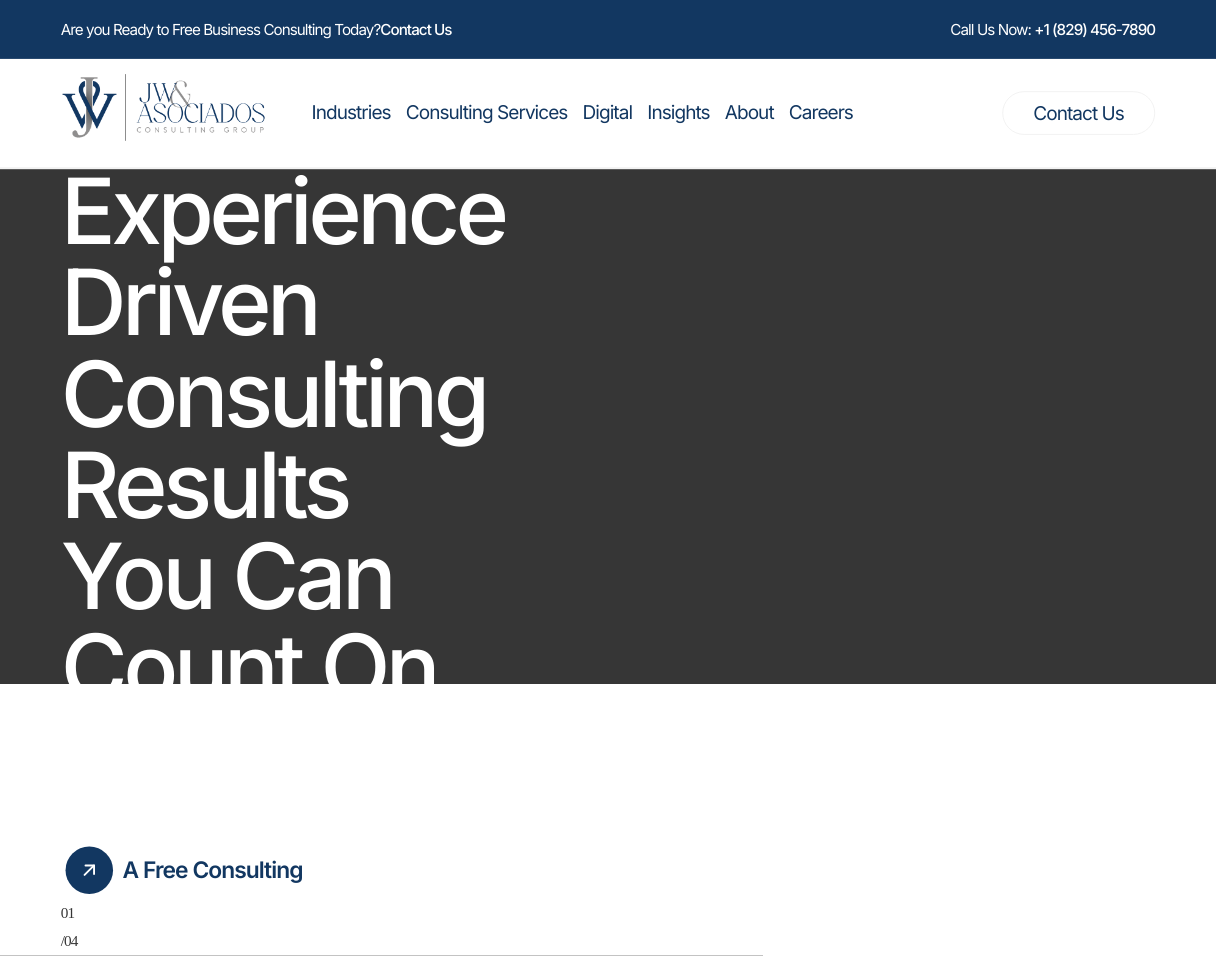
Repository: June-t/jwsyasociados
Page: /
The author's editor kept a copy of each file at every save. The page is drawn from the files as they stood at one save, then again after a run of saves.
The browser window is 1280 px wide. The pictures show the whole page, at 95% of full size.
The project was rebuilt for these pictures with package versions that can differ from the ones it lists, and the page was loaded fresh each time. The framework's server and built-in components were replaced by stand-ins that run in the browser. Also part of the build but not shown: next.config.ts.

Above is the page before, as saved 2025-10-22 16:07:32.

### src/app/layout.tsx
import type { Metadata } from "next";
import { Inter } from "next/font/google";
// Styles
// @ts-ignore
import "../app/style/main.css";

import Footer from "@/app/common/Footer";
import Header from "@/app/common/Header";

const inter = Inter({ subsets: ["latin"], variable: "--font-inter" });

export const metadata: Metadata = {
  title: "Create Next App",
  description: "Generated by create next app",
};

export default function RootLayout({
  children,
}: Readonly<{
  children: React.ReactNode;
}>) {
  return (
    <html lang='en'>
      <body className={`${inter.variable} antialiased`}>
        <Header />
        <main className='wrapper'>{children}</main>
        <Footer />
      </body>
    </html>
  );
}

### src/app/page.tsx
import { IconArrowUpRight } from "@tabler/icons-react";

export default function Main() {
  return (
    <>
      <section className='main__hero'>
        <div className='hero__slider'>
          <span>Smarter Strategies Stronger Businesses</span>
          <h1>
            Experience Driven <br /> Consulting Results <br /> You Can Count On
          </h1>
          <p>
            Whether you're Icmng to streamline operations, scale sustainably, or
            navigate complex challenges, our consulting services are built to
            deliver measurable results and long-term impact & hands support.
          </p>
          <a href='#' className='btn__primary--search'>
            <div className='btn__icon'>
              <IconArrowUpRight />
            </div>
            A Free Consulting
          </a>
        </div>
        <div className='hero__progress'>
          <div className='progress__status'>
            <span>01</span>
          </div>
          <div className='progress__line' />
          <div className='progress__total'>
            <span>/04</span>
          </div>
        </div>
      </section>
      <section className='main__about'></section>
      <section className='main__services'></section>
      <section className='main__clients'></section>
      <section className='main__work'></section>
      <section className='main__team'></section>
      <section className='main__contact'></section>
    </>
  );
}

### src/app/style/main.css
/* SETTINGS */
@import "./settings/_settings.import.css";

/* TOOLS  */
@import "./tools/_tools.import.css";

/* GENERIC  */
@import "./generic/_generic.import.css";

/* ELEMENTS  */
@import "./elements/_elements.import.css";

/* OBJECTS  */
@import "./objects/_objects.import.css";

/* COMPONENTS  */
@import "./components/_components.import.css";

/* PAGES  */
@import "./pages/_pages.import.css";

/* TRUMPS  */
@import "./trumps/_trumps.css";

### src/app/common/Footer.tsx
export default function Footer() {
  return <footer className='footer'></footer>;
}

### src/app/common/Header.tsx
import Logo from "@/app/assets/logo.png";
export default function Header() {
  return (
    <header className='header'>
      <div className='header__banner'>
        <span>
          Are you Ready to Free Business Consulting Today?
          <a href='#'>Contact Us</a>
        </span>
        <span>
          Call Us Now: <a>+1 (829) 456-7890</a>
        </span>
      </div>
      <div className='header__navegation'>
        <div className='header__logo'>
          <img src={Logo.src} alt='JWS Y Asociados Logo' />
        </div>
        <div className='header__nav'>
          <ul className='header__nav-list'>
            <li className='header__nav-item'>
              <a href='#'>Industries</a>
            </li>
            <li className='header__nav-item'>
              <a href='#'>Consulting Services</a>
            </li>
            <li className='header__nav-item'>
              <a href='#'>Digital</a>
            </li>
            <li className='header__nav-item'>
              <a href='#'>Insights</a>
            </li>
            <li className='header__nav-item'>
              <a href='#'>About</a>
            </li>
            <li className='header__nav-item'>
              <a href='#'>Careers</a>
            </li>
          </ul>
        </div>
        <div className='header__menu'>
          <button className='btn__primary'>Contact Us</button>
          <div className='btn__menu'></div>
        </div>
      </div>
    </header>
  );
}

### src/app/style/settings/_settings.import.css
@import "./_variables.css";

### src/app/style/tools/_tools.import.css
@import "./_mixins.css";

### src/app/style/generic/_generic.import.css
@import "./_base.css";
@import "./_reset.css";

### src/app/style/elements/_elements.import.css
@import "./_articles.css";

### src/app/style/objects/_objects.import.css
@import "./_object.css";

### src/app/style/components/_components.import.css
@import "./_header.css";
@import "./_footer.css";

### src/app/style/pages/_pages.import.css
@import "./_home.css";

### src/app/style/objects/_object.css
.btn__primary--search {
  background: var(--white);
  font-family: var(--font-inter);
  font-weight: var(--w-semibold);
  font-size: var(--f-medium);
  color: var(--primary);
  border-radius: 5rem;
  width: max-content;
  padding: 5px 20px 5px 5px;
  display: flex;
  align-items: center;
  grid-gap: 10px;

  & .btn__icon {
    background: var(--primary);
    border-radius: 3rem;
    width: 50px;
    height: 50px;
    display: grid;
    place-content: center;

    & svg {
      color: var(--white);
    }
  }
}

### src/app/style/elements/_articles.css
.lastest__content,
.news__square,
.outstanding__aside,
.news__section {
  a {
    &:hover {
      img,
      .flex {
        opacity: 0.5;
        transition: opacity ease-in-out 0.1s;
      }
      h3 {
        color: #868686 !important;
        transition: color ease-in-out 0.1s;
      }
    }
  }
}

.content__item {
  display: flex;
  flex-direction: column;
  grid-gap: 1rem;

  .item__image {
    display: flex;

    a {
      width: 100%;
    }

    img {
      height: 30dvh;
      width: 100%;
      object-fit: cover;
      border-radius: 10px;
      transition: opacity ease-in-out 0.1s;
    }
  }

  .item__information {
    display: flex;
    flex-direction: column;
    grid-gap: 10px;

    h3 {
      font-family: var(--junicode);
      font-weight: var(--w-bold);
      letter-spacing: -0.05em;
      color: var(--black);
      font-size: var(--f-large);
      line-height: 90%;
      transition: color ease-in-out 0.1s;
    }

    p {
      font-weight: var(--w-regular);
      color: #8e8e8e;
      font-size: var(--f-smallest);

      /* Clip */

      overflow: hidden;
      text-overflow: ellipsis;
      white-space: normal;
      word-break: break-word;
      line-height: 1.3;
      max-height: calc(1.3em * 2);
    }
  }
}

### src/app/style/components/_header.css
.header {
  border-bottom: 2px solid #f2f2f2;
  background: var(--white);
  position: absolute;
  width: 100%;

  .header__banner {
    background: var(--primary);
    padding-inline: var(--wrapper-space);
    padding-block: 1rem;
    display: flex;
    justify-content: space-between;

    span {
      font-family: var(--font-inter);
      font-weight: var(--w-regular);
      font-size: var(--f-smallest);
      color: var(--white);
      grid-gap: 10px;

      a {
        font-family: var(--font-inter);
        font-weight: var(--w-medium);
        font-size: var(--f-smallest);
        color: var(--white);
      }
    }
  }

  .header__navegation {
    display: grid;
    grid-template-columns: max-content 1fr max-content;
    padding-inline: var(--wrapper-space);
    padding-block: 1rem;
    grid-gap: 3rem;

    .header__logo {
      img {
        width: 30dvh;
      }
    }

    .header__nav {
      .header__nav-list {
        list-style: none;
        display: flex;
        grid-gap: 1rem;
        padding: 0px;
        margin: 0px;
        height: 100%;
        align-items: center;
        justify-content: flex-start;

        .header__nav-item {
          a {
            font-weight: var(--w-regular);
            font-size: var(--f-small);
            color: var(--primary);
            font-family: var(--font-inter);
          }
        }
      }
    }

    .header__menu {
      display: flex;
      justify-content: center;
      align-items: center;

      .btn__primary {
        color: var(--primary);
        background: #0000;
        border: 1px solid #f2f2f2;
        border-radius: 2rem;
        padding: 0.8rem 2rem;
        font-family: "Inter";
        font-weight: var(--w-regular);
        font-size: var(--f-small);
        line-height: 19px;
        letter-spacing: -0.05em;
      }
    }
  }
}

### src/app/style/settings/_variables.css
:root {
  /* colors primary */
  --primary: #123761;
  /* colors */
  --white: #fff;
  --black: #363636;
  --gray: #8e8e8e;
  /* space */
  --wrapper-space: clamp(20px, 5vw, 100px); /* Min: 20px, Max: 200px */
  --wrapper-space-articles: 40dvh; /* Min: 20px, Max: 40dvh */
  --wrapper-space-article: 40dvh;
  --max-width: 135rem;
  /* weight */
  --w-light: 300;
  --w-regular: 400;
  --w-medium: 500;
  --w-semibold: 600;
  --w-bold: 700;
  /* z-index */
  --top: 999;
  /* font-size */
  --junicode: "Junicode VF";
  --helvetica: "Helvetica";
  /* Tipografía responsiva (sin breakpoints manuales) */
  --f-smallest: clamp(12px, 1vw + 14px, 16px); /* Min: 12px, Max: 18px */
  --f-small: clamp(14px, 1vw + 16px, 20px); /* Min: 14px, Max: 20px */
  --f-medium: clamp(16px, 1vw + 18px, 24px); /* Min: 16px, Max: 24px */
  --f-large: clamp(20px, 1.5vw + 20px, 32px); /* Min: 20px, Max: 32px */
  --f-xlarge: clamp(24px, 2vw + 24px, 40px); /* Min: 24px, Max: 40px */
  --f-xxlarge: clamp(48px, 3vw + 48px, 62px); /* Min: 48px, Max: 96px */
}

:root {
  --wrapper-space-articles: 40dvh;
  --wrapper-space-article: 40dvh;

  @media (width <= 576px) {
    --wrapper-space-articles: 2dvh;
    --wrapper-space-article: 2dvh;
  }
  @media (577px <= width <= 768px) {
    --wrapper-space-articles: 3dvh;
    --wrapper-space-article: 3dvh;
  }
  @media (769px <= width <= 992px) {
    --wrapper-space-articles: 10dvh;
    --wrapper-space-article: 10dvh;
  }

  @media (993px <= width <= 1200px) {
    --wrapper-space-articles: 10dvh;
    --wrapper-space-article: 10dvh;
  }

  @media (1201 <= width <= 1600px) {
    --wrapper-space-articles: 25dvh;
    --wrapper-space-article: 25dvh;
  }

  @media (width > 1601px) {
    --wrapper-space-articles: 40dvh;
    --wrapper-space-article: 60dvh;
  }
}

### src/app/style/pages/_home.css
.main__hero {
  height: 100dvh;
  padding-inline: var(--wrapper-space);
  background: var(--black);
  padding-top: 20dvh;
  padding-bottom: 10dvh;
  display: grid;
  grid-template-rows: 1fr max-content;

  .hero__slider {
    flex-direction: column;
    justify-content: flex-end;
    width: 50%;
    display: flex;

    h1 {
      font-family: var(--font-inter);
      font-style: normal;
      font-weight: 500;
      font-size: 96px;
      line-height: 100%;
      letter-spacing: -0.05em;
      color: var(--white);
    }

    span {
      font-family: var(--font-inter);
      font-weight: var(--w-medium);
      font-size: var(--f-large);
      color: var(--white);
    }

    p {
      font-family: var(--font-inter);
      font-size: var(--f-medium);
      color: var(--white);
      font-weight: var(--w-light);
      margin-top: 1rem;
    }
  }
}

### src/app/style/tools/_mixins.css
/* Extra pequeños dispositivos (móviles, hasta 576px) */
@media (width <= 576px) {
}

/* Dispositivos pequeños (móviles grandes, entre 577px y 768px) */
@media (577px <= width <= 768px) {
}

/* Dispositivos medianos (tablets, entre 769px y 992px) */
@media (769px <= width <= 992px) {
}

/* Dispositivos grandes (desktops, entre 993px y 1200px) */
@media (993px <= width <= 1200px) {
}

/* Dispositivos extra grandes (desktops grandes, más de 1200px) */
@media (width > 1200px) {
}

### src/app/style/generic/_base.css
* {
  box-sizing: border-box;
  line-height: 30px;
  letter-spacing: -1px;
}

html,
body {
  height: auto;
  color: var(--black);
}
.wrapper {
  height: auto;
}

### src/app/style/components/_footer.css
.footer {
  height: 100%;
  background: var(--black);
  display: grid;
  grid-template-rows: 1fr max-content;
  margin-top: 5rem;

  .footer__navegation {
    padding: var(--wrapper-space);
    display: grid;
    grid-template-columns: 0.5fr 1fr;

    @media (width <= 768px) {
      grid-template-columns: 1fr;
      display: grid;
      grid-gap: 2rem;
    }

    h1 {
      font-family: var(--junicode);
      font-weight: var(--w-light);
      font-size: var(--f-xxlarge);
      line-height: 80%;
      letter-spacing: -0.05em;
      color: var(--white);
    }

    .navegation__nav {
      display: flex;
      grid-gap: 10rem;
      justify-content: center;

      @media (width <= 768px) {
        grid-gap: 2rem;
        flex-wrap: wrap;
        justify-content: start;
      }

      .navegation__nav--item {
        display: flex;
        flex-direction: column;
        grid-gap: 1rem;

        span {
          font-weight: var(--w-regular);
          font-size: var(--f-smallest);

          line-height: 80%;
          letter-spacing: -0.05em;
          text-transform: uppercase;
          color: rgba(228, 225, 213, 0.4);
        }

        .links {
          display: flex;
          flex-direction: column;
          grid-gap: 10px;

          a {
            font-weight: var(--w-regular);
            font-size: var(--f-small);
            line-height: 80%;
            letter-spacing: -0.05em;
            color: var(--white);
          }
        }
      }
    }
  }

  .footer__copyright {
    display: flex;
    justify-content: space-between;
    border-top: 1px solid color-mix(in srgb, var(--white) 10%, transparent);
    padding-block: 2rem;
    padding-inline: var(--wrapper-space);

    @media (width <= 768px) {
      grid-gap: 1rem;
      flex-wrap: wrap;
    }

    span {
      font-weight: var(--w-regular);
      letter-spacing: -0.05em;
      color: var(--white);
      font-size: var(--f-smallest);
    }

    .copyright__links {
      display: flex;
      grid-gap: 1rem;

      a {
        font-weight: var(--w-regular);
        letter-spacing: -0.05em;
        color: var(--white);
        font-size: var(--f-smallest);
      }
    }
  }
}

### src/app/style/generic/_reset.css
/*! normalize.css v8.0.1 | MIT License | github.com/necolas/normalize.css */

/* Document
   ========================================================================== */

/**
 * 1. Correct the line height in all browsers.
 * 2. Prevent adjustments of font size after orientation changes in iOS.
 */

* {
  margin: 0;
  padding: 0;
  box-sizing: border-box;
}

html {
  line-height: 1.15;
  letter-spacing: -0.05em;
  /* 1 */
  -webkit-text-size-adjust: 100%;
  /* 2 */
}

a:link,
a:visited,
a:active {
  text-decoration: none;
}

iframe {
  border: 0px !important;
}

/* Sections
     ========================================================================== */

/**
   * Remove the margin in all browsers.
   */

body {
  margin: 0;
}

/**
   * Render the `main` element consistently in IE.
   */

main {
  display: block;
}

/**
   * Correct the font size and margin on `h1` elements within `section` and
   * `article` contexts in Chrome, Firefox, and Safari.
   */

blockquote {
  color: var(--white);
}

/* layout.css | http://localhost:3000/_next/static/css/app/layout.css?v=1725121113981 */

/* Grouping content
     ========================================================================== */

/**
   * 1. Add the correct box sizing in Firefox.
   * 2. Show the overflow in Edge and IE.
   */

hr {
  box-sizing: content-box;
  /* 1 */
  height: 0;
  /* 1 */
  overflow: visible;
  /* 2 */
}

/**
   * 1. Correct the inheritance and scaling of font size in all browsers.
   * 2. Correct the odd `em` font sizing in all browsers.
   */

pre {
  font-family: monospace, monospace;
  /* 1 */
  font-size: var(--body);
  /* 2 */
}

/* Text-level semantics
     ========================================================================== */

/**
   * Remove the gray background on active links in IE 10.
   */

a {
  background-color: transparent;
}

/**
   * 1. Remove the bottom border in Chrome 57-
   * 2. Add the correct text decoration in Chrome, Edge, IE, Opera, and Safari.
   */

abbr[title] {
  border-bottom: none;
  /* 1 */
  text-decoration: underline;
  /* 2 */
  text-decoration: underline dotted;
  /* 2 */
}

/**
   * Add the correct font weight in Chrome, Edge, and Safari.
   */

/**
   * 1. Correct the inheritance and scaling of font size in all browsers.
   * 2. Correct the odd `em` font sizing in all browsers.
   */

code,
kbd,
samp {
  font-family: monospace, monospace;
  /* 1 */
  font-size: var(--body);
  /* 2 */
}

/**
   * Add the correct font size in all browsers.
   */

small {
  font-size: 80%;
}

/**
   * Prevent `sub` and `sup` elements from affecting the line height in
   * all browsers.
   */

sub,
sup {
  font-size: 75%;
  line-height: 0;
  position: relative;
  vertical-align: baseline;
}

sub {
  bottom: -0.25em;
}

sup {
  top: -0.5em;
}

/* Embedded content
     ========================================================================== */

/**
   * Remove the border on images inside links in IE 10.
   */

img {
  border-style: none;
}

/* Forms
     ========================================================================== */

/**
   * 1. Change the font styles in all browsers.
   * 2. Remove the margin in Firefox and Safari.
   */

button,
input,
optgroup,
select,
textarea {
  font-family: inherit;
  /* 1 */
  font-size: 100%;
  /* 1 */
  line-height: 1.15;
  /* 1 */
  margin: 0;
  /* 2 */
}

/**
   * Show the overflow in IE.
   * 1. Show the overflow in Edge.
   */

button,
input {
  /* 1 */
  overflow: visible;
}

/**
   * Remove the inheritance of text transform in Edge, Firefox, and IE.
   * 1. Remove the inheritance of text transform in Firefox.
   */

button,
select {
  /* 1 */
  text-transform: none;
}

/**
   * Correct the inability to style clickable types in iOS and Safari.
   */

button,
[type="button"],
[type="reset"],
[type="submit"] {
  -webkit-appearance: button;
}

/**
   * Remove the inner border and padding in Firefox.
   */

button::-moz-focus-inner,
[type="button"]::-moz-focus-inner,
[type="reset"]::-moz-focus-inner,
[type="submit"]::-moz-focus-inner {
  border-style: none;
  padding: 0;
}

/**
   * Restore the focus styles unset by the previous rule.
   */

button:-moz-focusring,
[type="button"]:-moz-focusring,
[type="reset"]:-moz-focusring,
[type="submit"]:-moz-focusring {
  outline: 1px dotted ButtonText;
}

/**
   * Correct the padding in Firefox.
   */

fieldset {
  padding: 0.35em 0.75em 0.625em;
}

/**
   * 1. Correct the text wrapping in Edge and IE.
   * 2. Correct the color inheritance from `fieldset` elements in IE.
   * 3. Remove the padding so developers are not caught out when they zero out
   *    `fieldset` elements in all browsers.
   */

legend {
  box-sizing: border-box;
  /* 1 */
  color: inherit;
  /* 2 */
  display: table;
  /* 1 */
  max-width: 100%;
  /* 1 */
  padding: 0;
  /* 3 */
  white-space: normal;
  /* 1 */
}

/**
   * Add the correct vertical alignment in Chrome, Firefox, and Opera.
   */

progress {
  vertical-align: baseline;
}

/**
   * Remove the default vertical scrollbar in IE 10+.
   */

textarea {
  overflow: auto;
}

/**
   * 1. Add the correct box sizing in IE 10.
   * 2. Remove the padding in IE 10.
   */

[type="checkbox"],
[type="radio"] {
  box-sizing: border-box;
  /* 1 */
  padding: 0;
  /* 2 */
}

/**
   * Correct the cursor style of increment and decrement buttons in Chrome.
   */

[type="number"]::-webkit-inner-spin-button,
[type="number"]::-webkit-outer-spin-button {
  height: auto;
}

/**
   * 1. Correct the odd appearance in Chrome and Safari.
   * 2. Correct the outline style in Safari.
   */

[type="search"] {
  -webkit-appearance: textfield;
  /* 1 */
  outline-offset: -2px;
  /* 2 */
}

/**
   * Remove the inner padding in Chrome and Safari on macOS.
   */

[type="search"]::-webkit-search-decoration {
  -webkit-appearance: none;
}

/**
   * 1. Correct the inability to style clickable types in iOS and Safari.
   * 2. Change font properties to `inherit` in Safari.
   */

::-webkit-file-upload-button {
  -webkit-appearance: button;
  /* 1 */
  font: inherit;
  /* 2 */
}

/* Interactive
     ========================================================================== */

/*
   * Add the correct display in Edge, IE 10+, and Firefox.
   */

details {
  display: block;
}

/*
   * Add the correct display in all browsers.
   */

summary {
  display: list-item;
}

/* Misc
     ========================================================================== */

/**
   * Add the correct display in IE 10+.
   */

template {
  display: none;
}

/**
   * Add the correct display in IE 10.
   */

[hidden] {
  display: none;
}

Loaded but not shown: src/app/style/trumps/_trumps.css (no copy from this time; the picture is the same without it)

After the next 2 saves:
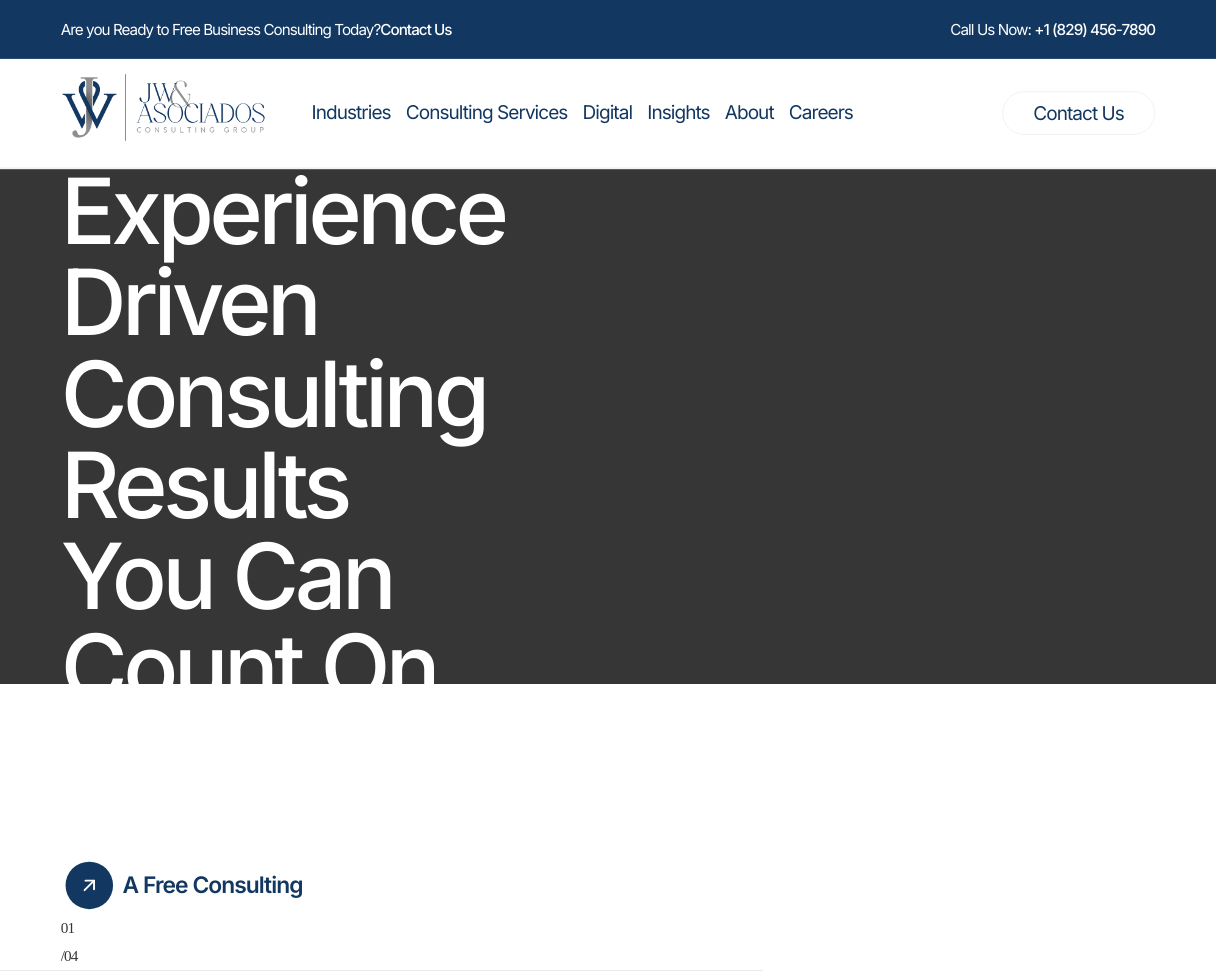
The 2 saves are shown as one change because they came seconds apart.
The last was saved 13 s later.
--- a/src/app/style/pages/_home.css
+++ b/src/app/style/pages/_home.css
@@ -35,7 +35,7 @@
       font-size: var(--f-medium);
       color: var(--white);
       font-weight: var(--w-light);
-      margin-top: 1rem;
+      margin-bottom: 2rem;
     }
   }
 }
